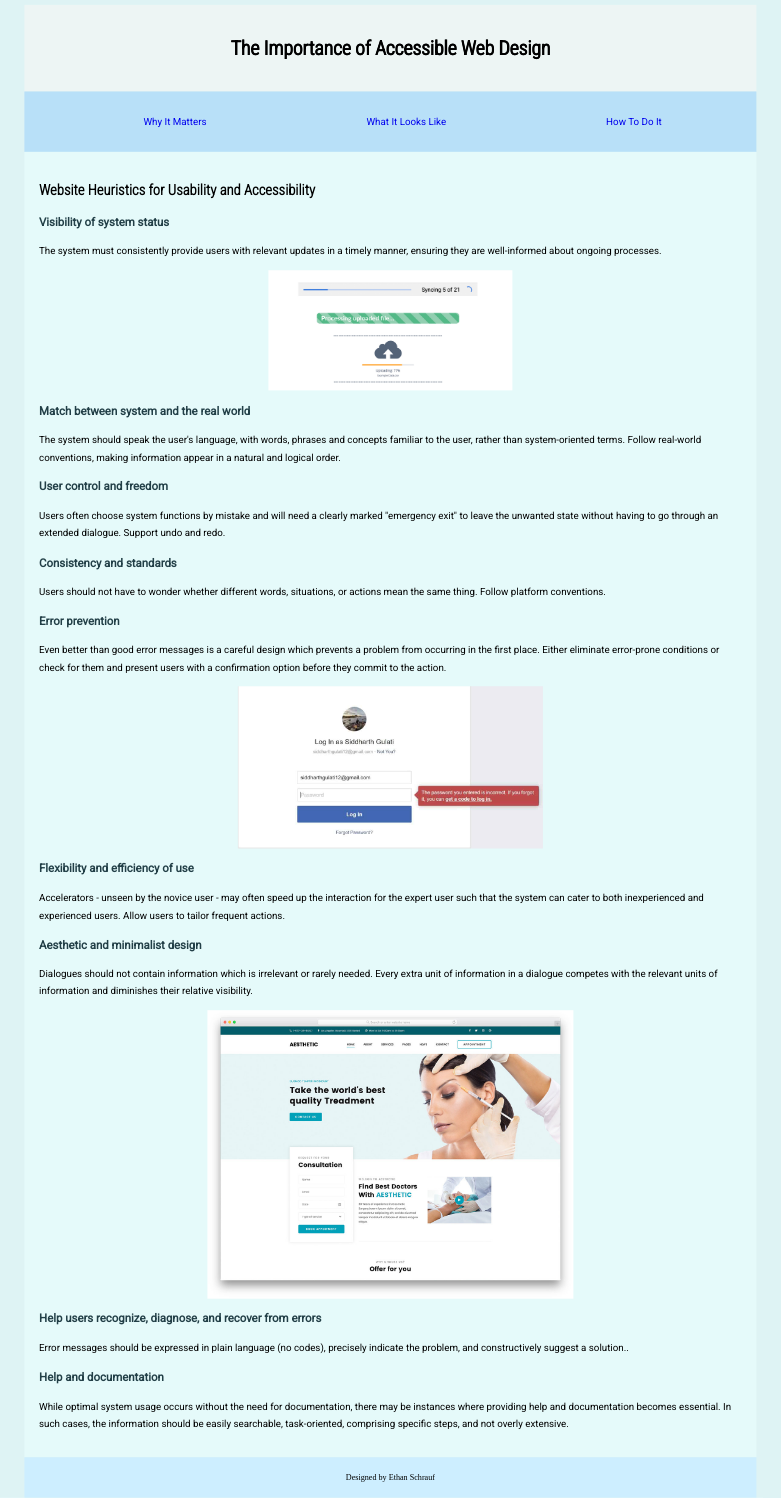
Repository: ethan-schrauf/UniversalDesignWebsite
Page: Final-Project/what.html
These files come from the project's save history. The page is drawn as it stood at one moment and after the next save; the edit follows.
The browser window is 1280 px wide. The pictures show the whole page, at 61% of full size.

Above is the page before, as saved 2023-11-25 03:49:21.

After the next save:
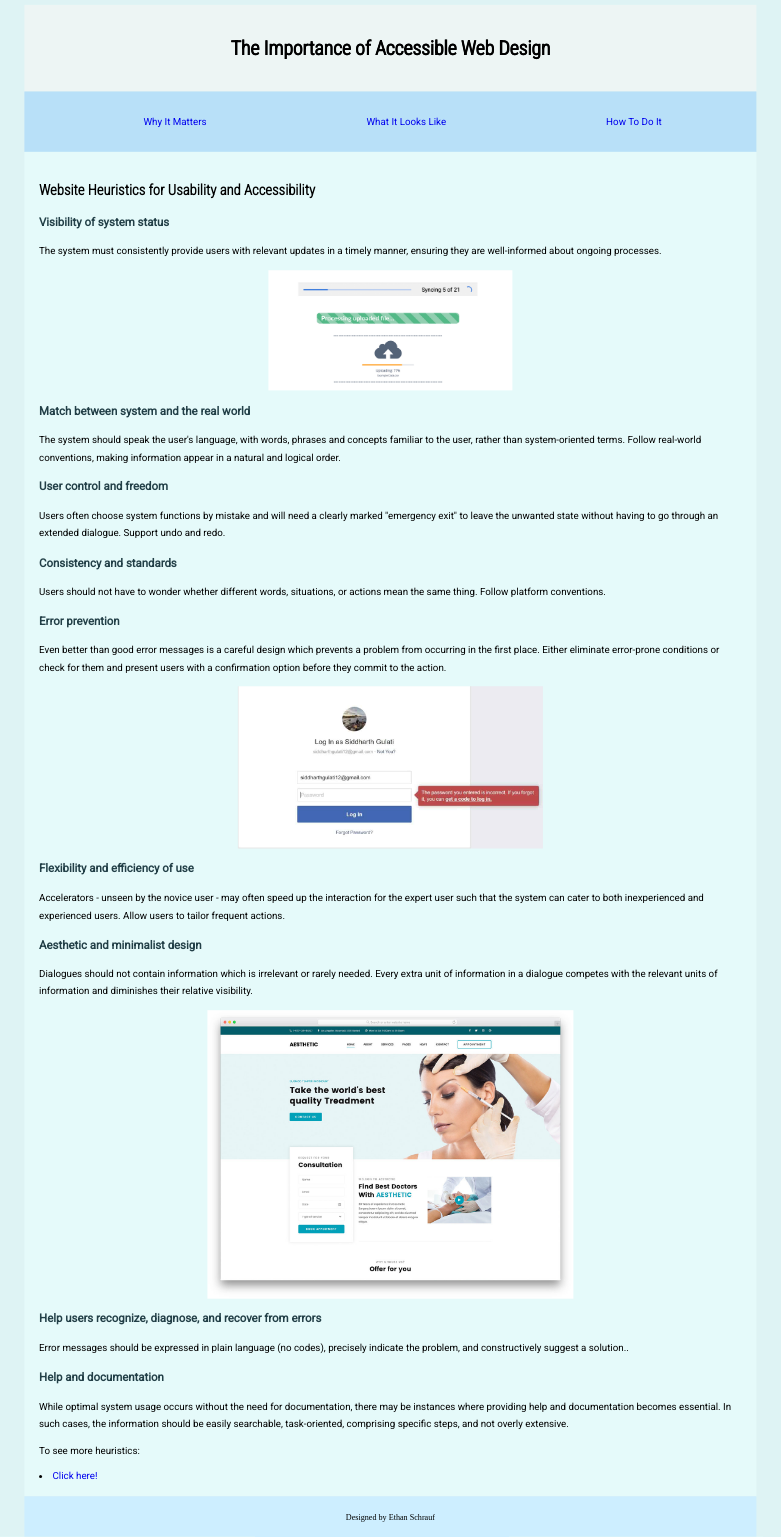
Saved 63 s later.
--- a/Final-Project/what.html
+++ b/Final-Project/what.html
@@ -47,7 +47,8 @@
       <p>Error messages should be expressed in plain language (no codes), precisely indicate the problem, and constructively suggest a solution..</p>
       <h3>Help and documentation</h3>
       <p>While optimal system usage occurs without the need for documentation, there may be instances where providing help and documentation becomes essential. In such cases, the information should be easily searchable, task-oriented, comprising specific steps, and not overly extensive.</p>
-
+      <p>To see more heuristics:</p>
+      <li><a href="why.html">Click here!</a></li>
     </section>
   </main>
 <footer>
